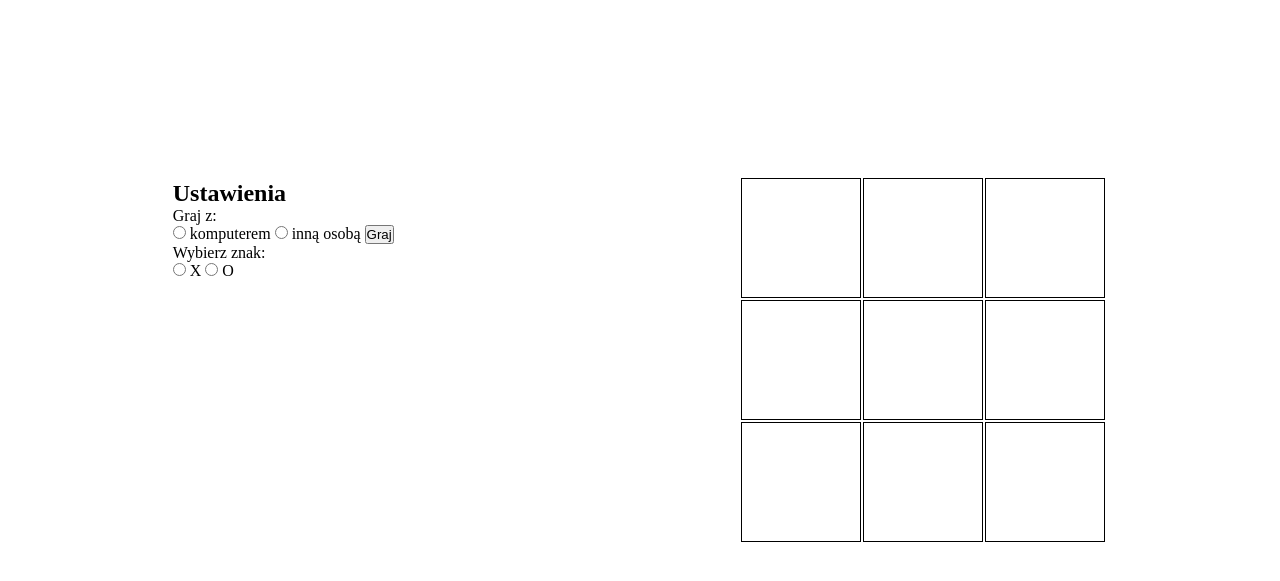
Repository: SebastianArmata22/Tic-Tac-Toe
Page: index.html
An editor plug-in stored every save of this project. The page is shown before and after the next save, followed by the edit.
The browser window is 1280 px wide. The pictures show the whole page.

Above is the page before, as saved 2020-11-03 14:26:36.

### index.html
<!DOCTYPE html>
<html>
    <head>
        <meta charset="utf-8">
        <meta http-equiv="X-UA-Compatible" content="IE=edge">
        <title></title>
        <meta name="description" content="">
        <meta name="viewport" content="width=device-width, initial-scale=1">
        <link rel="stylesheet" href="style.css">
    </head>
    <body>

        <div class="main-content">
            <div class="settings-div">
                <h2>Ustawienia</h2>
                <div class="choice">
                    <p>Graj z:</p>
                    <label><input type="radio" name="player"> komputerem</label>
                    <label><input type="radio" name="player"> inną osobą</label>
                    <button >Graj</button>

                </div>
                <div class="choice">
                    <p>Wybierz znak:</p>
                    <label><input type="radio" name="sign"> X</label>
                    <label><input type="radio" name="sign"> O</label>
                </div>
            </div>
            <div class="tic-tac-toe-div">
                <table>
                    <tr>
                        <th></th>
                        <th></th>
                        <th></th>
                    </tr>
                    <tr>
                        <th></th>
                        <th></th>
                        <th></th>
                    </tr>
                    <tr>
                        <th></th>
                        <th></th>
                        <th></th>
                    </tr>
                </table>

            </div>
        </div>

        <script src="script.js" ></script>
    </body>
</html>

### style.css
*{
    margin: 0;
    padding: 0;
    box-sizing: border-box;
}
.main-content{
    display: flex;
    justify-content:space-around;
    align-items: center;
    height: 100vh;
    flex-wrap: wrap;

}

th{
border: 1px solid black;
height: 120px;
width: 120px;
}

th:hover{
background-color: #bdc3c7;
transition: all 0.5s ease-out;

}
.settings-div{
    height: 360px;
}

Loaded but not shown: script.js (no copy from this time; the picture is the same without it)

After the next save:
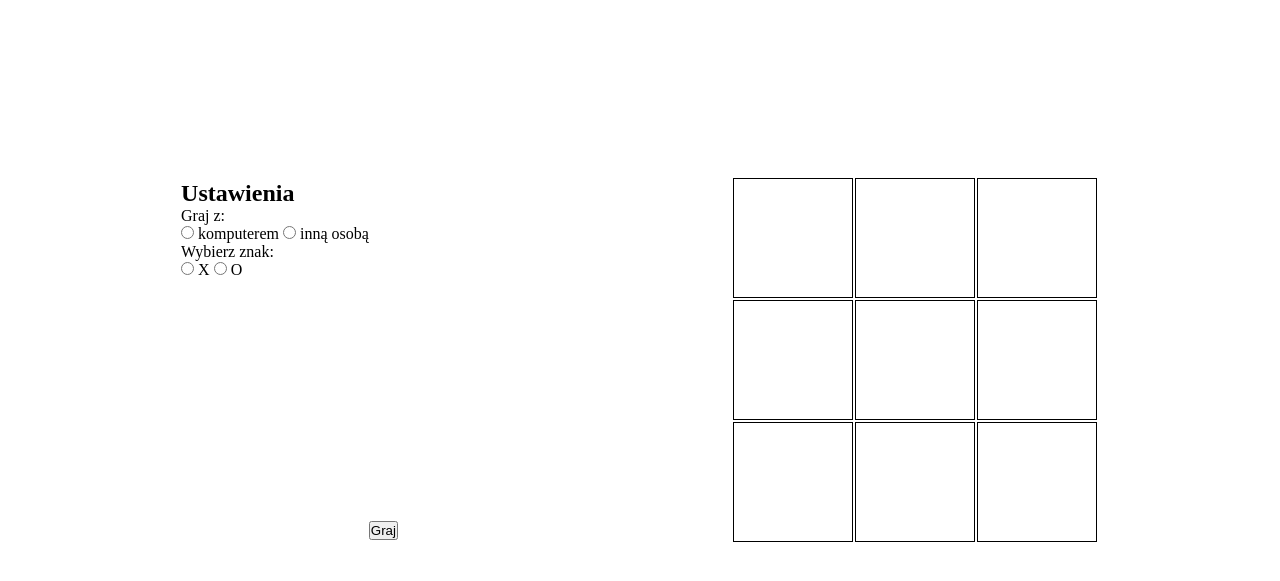
Saved 54 s later.
--- a/index.html
+++ b/index.html
@@ -17,7 +17,7 @@
                     <p>Graj z:</p>
                     <label><input type="radio" name="player"> komputerem</label>
                     <label><input type="radio" name="player"> inną osobą</label>
-                    <button >Graj</button>
+                    <button class="game-btn" >Graj</button>
 
                 </div>
                 <div class="choice">
--- a/style.css
+++ b/style.css
@@ -25,4 +25,9 @@
 }
 .settings-div{
     height: 360px;
+    position: relative;
 }
+.game-btn{
+    position: absolute;
+    bottom: 0;
+}
